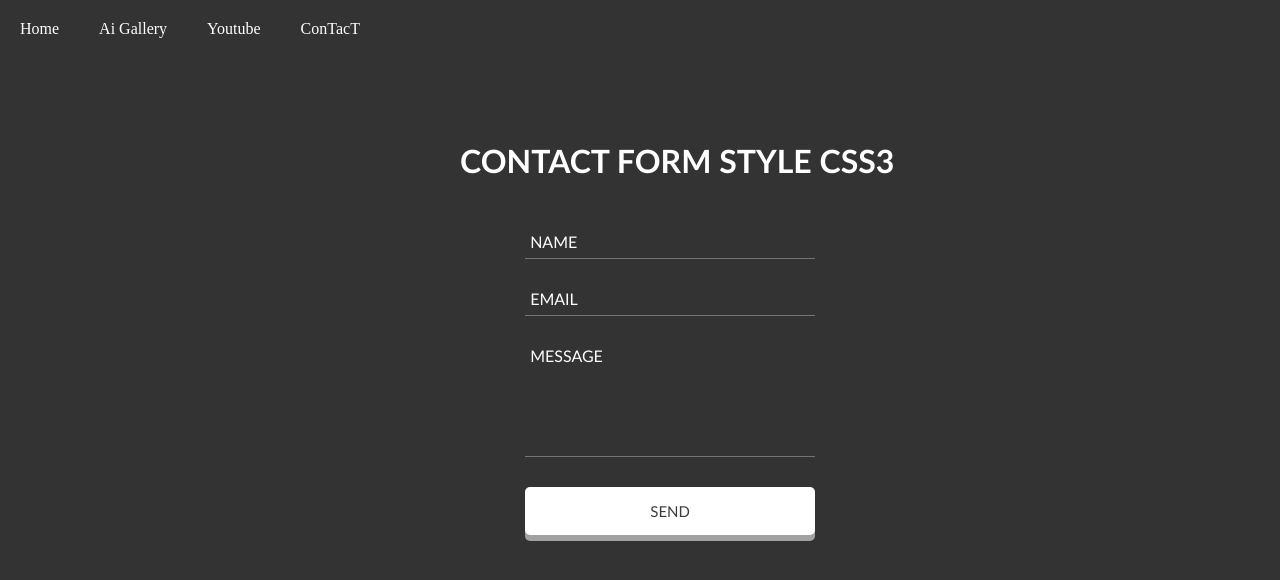
Repository: avatararts/avatararts1.github.io
Page: form.html
These files come from the project's save history. The page is drawn as it stood at one moment and after the next save; the edit follows.
The browser window is 1280 px wide. The pictures show the whole page.

Above is the page before, as saved 2023-01-10 18:46:43.

After the next save:
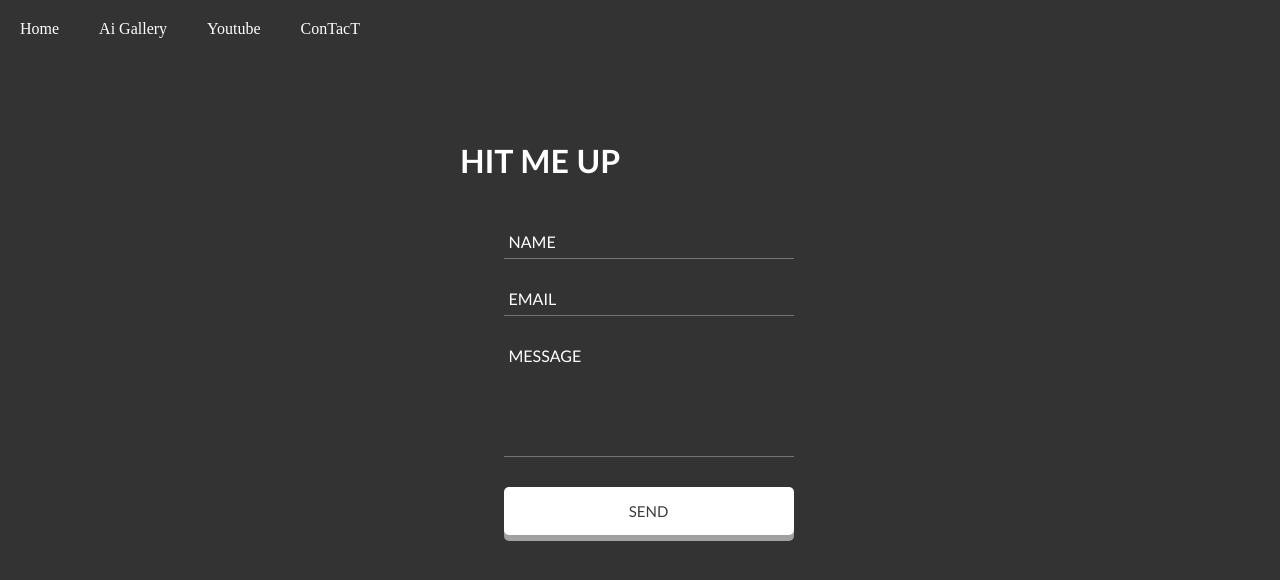
Saved 15 s later.
--- a/form.html
+++ b/form.html
@@ -183,7 +183,7 @@
     </ul>
     </div>
     </nav>
-    <h1>Contact Form Style CSS3</h1>
+    <h1>Hit me Up</h1>
 <div class="margin">
   <div class="inputGroup">
     <input type="text" required />
